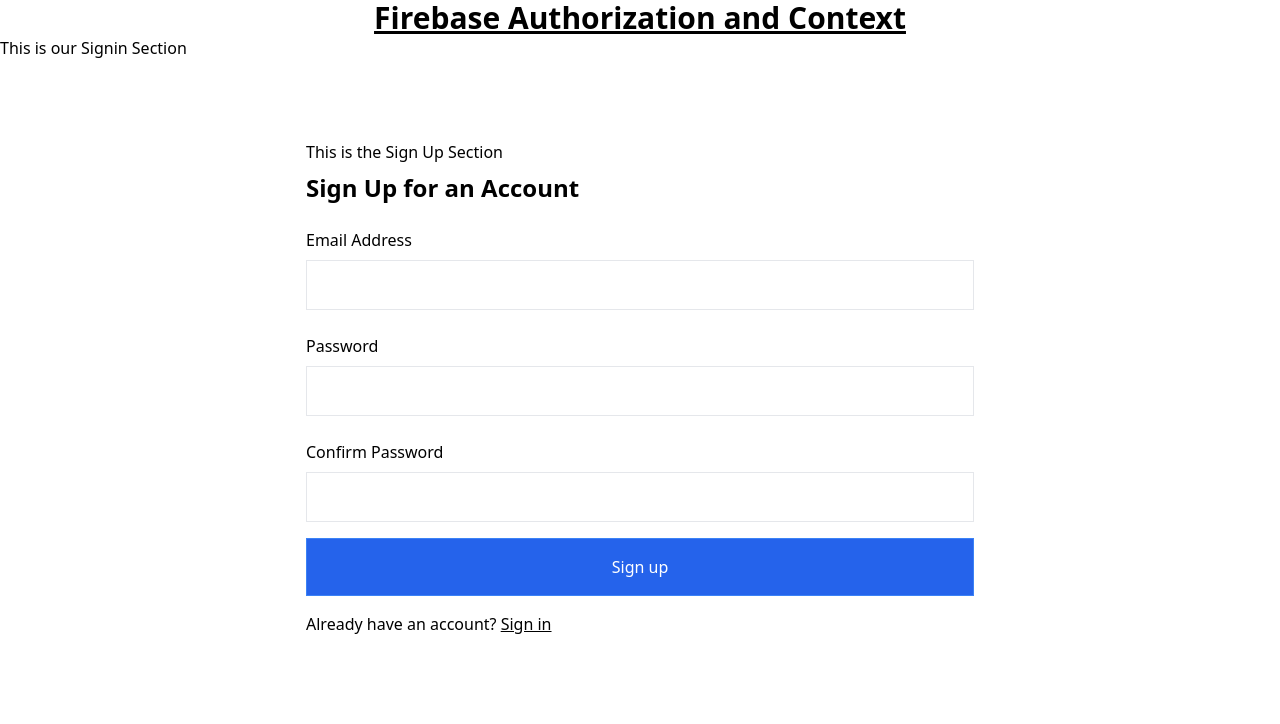
Repository: mottad14/practice_google_firebase
Page: /
An editor plug-in stored every save of this project. The page is shown before and after the next save, followed by the edit.
The browser window is 1280 px wide. The pictures show the whole page.
The project was rebuilt for these pictures with package versions that can differ from the ones it lists, and the page was loaded fresh each time. Also part of the build but not shown: src/components/Signup.jsx, src/components/Account.jsx.

Above is the page before, as saved 2022-07-27 09:24:52.

### src/index.js
import React from 'react';
import ReactDOM from 'react-dom/client';
import './index.css';
import App from './App';
import {BrowserRouter} from "react-router-dom"

const root = ReactDOM.createRoot(document.getElementById('root'))
root.render(
  <BrowserRouter>
    <App/>
  </BrowserRouter>);

### src/App.js
import React from "react";
import Signin from "./components/Signin";
import Signup from "./components/Signup";
import Account from "./components/Account"
import { Route, Routes } from "react-router-dom";

function App() {
  return (
    <div className="App">
          <h1 className="text-3xl text-center font-bold underline">
            Firebase Authorization and Context
            </h1>
            <Routes>
              <Route path="/" element={<Signin/>}  />
              <Route path="/signup" element={<Signup/>}  />
              <Route path="/account" element={<Account/>}  />
            </Routes>
    </div>
  );
}

export default App;

### src/components/Signin.jsx
import React from 'react'
import { Link } from 'react-router-dom'

const Signin = () => {
  return (
    <div>This is our Signin Section

      <div className='max-w-[700px] mx-auto my-16 p-4 '>

      This is the Sign Up Section
      <div>
          <h1 className='text-2xl font-bold py-2'>Sign Up for an Account</h1>
      </div>

      <form>
          <div className='flex flex-col py-2'>
            <label className='py-2 font-medium' htmlFor=""> Email Address</label>
            <input className='border p-3' type="email"/>
          </div>
          <div className='flex flex-col py-2'>
            <label className='py-2 font-medium' htmlFor=""> Password</label>
            <input className='border p-3' type="password"/>
          </div>
          <div className='flex flex-col py-2'>
            <label className='py-2 font-medium' htmlFor=""> Confirm Password</label>
            <input className='border p-3' type="password"/>
          </div>
          <button className='border border-blue-500 bg-blue-600 hover:bg-blue-500 w-full p-4 my-2 text-white'>Sign up</button>
          <p className='py-2'>
            Already have an account? <Link to="/" className='underline'> Sign in </Link>
          </p>

      </form>

    </div>

    </div>

  )
}

export default Signin

### tailwind.config.js
/** @type {import('tailwindcss').Config} */
module.exports = {
  content: [
    "./src/**/*.{js,jsx,ts,tsx}",
],
  theme: {
    extend: {},
  },
  plugins: [],
}

Loaded but not shown: public/index.html (common file); src/index.css (common file)

After the next save:
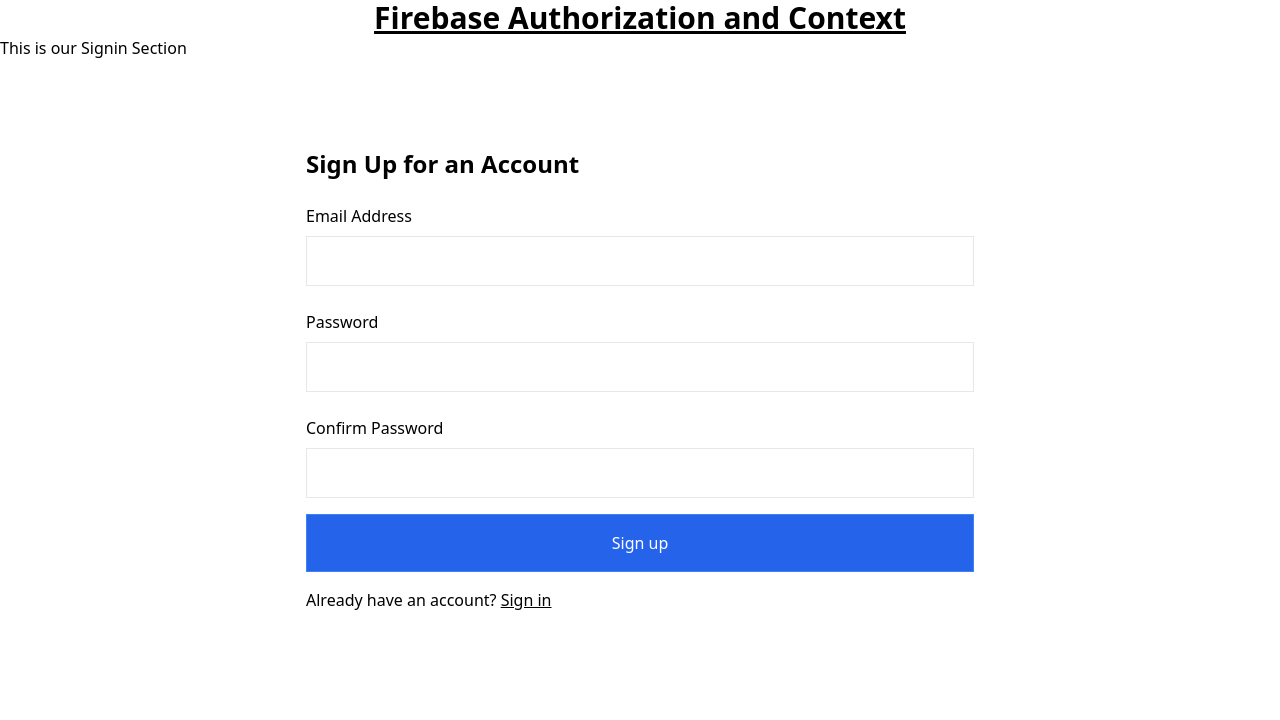
Saved 67 s later.
--- a/src/components/Signin.jsx
+++ b/src/components/Signin.jsx
@@ -7,32 +7,30 @@
 
       <div className='max-w-[700px] mx-auto my-16 p-4 '>
 
-      This is the Sign Up Section
-      <div>
-          <h1 className='text-2xl font-bold py-2'>Sign Up for an Account</h1>
-      </div>
+          <div>
+              <h1 className='text-2xl font-bold py-2'>Sign Up for an Account</h1>
+          </div>
 
-      <form>
-          <div className='flex flex-col py-2'>
-            <label className='py-2 font-medium' htmlFor=""> Email Address</label>
-            <input className='border p-3' type="email"/>
-          </div>
-          <div className='flex flex-col py-2'>
-            <label className='py-2 font-medium' htmlFor=""> Password</label>
-            <input className='border p-3' type="password"/>
-          </div>
-          <div className='flex flex-col py-2'>
-            <label className='py-2 font-medium' htmlFor=""> Confirm Password</label>
-            <input className='border p-3' type="password"/>
-          </div>
-          <button className='border border-blue-500 bg-blue-600 hover:bg-blue-500 w-full p-4 my-2 text-white'>Sign up</button>
-          <p className='py-2'>
-            Already have an account? <Link to="/" className='underline'> Sign in </Link>
-          </p>
+          <form>
+              <div className='flex flex-col py-2'>
+                <label className='py-2 font-medium' htmlFor=""> Email Address</label>
+                <input className='border p-3' type="email"/>
+              </div>
+              <div className='flex flex-col py-2'>
+                <label className='py-2 font-medium' htmlFor=""> Password</label>
+                <input className='border p-3' type="password"/>
+              </div>
+              <div className='flex flex-col py-2'>
+                <label className='py-2 font-medium' htmlFor=""> Confirm Password</label>
+                <input className='border p-3' type="password"/>
+              </div>
+              <button className='border border-blue-500 bg-blue-600 hover:bg-blue-500 w-full p-4 my-2 text-white'>Sign up</button>
+          </form>
+              <p className='py-2'>
+                Already have an account? <Link to="/" className='underline'> Sign in </Link>
+              </p>
 
-      </form>
-
-    </div>
+        </div>
 
     </div>
 
